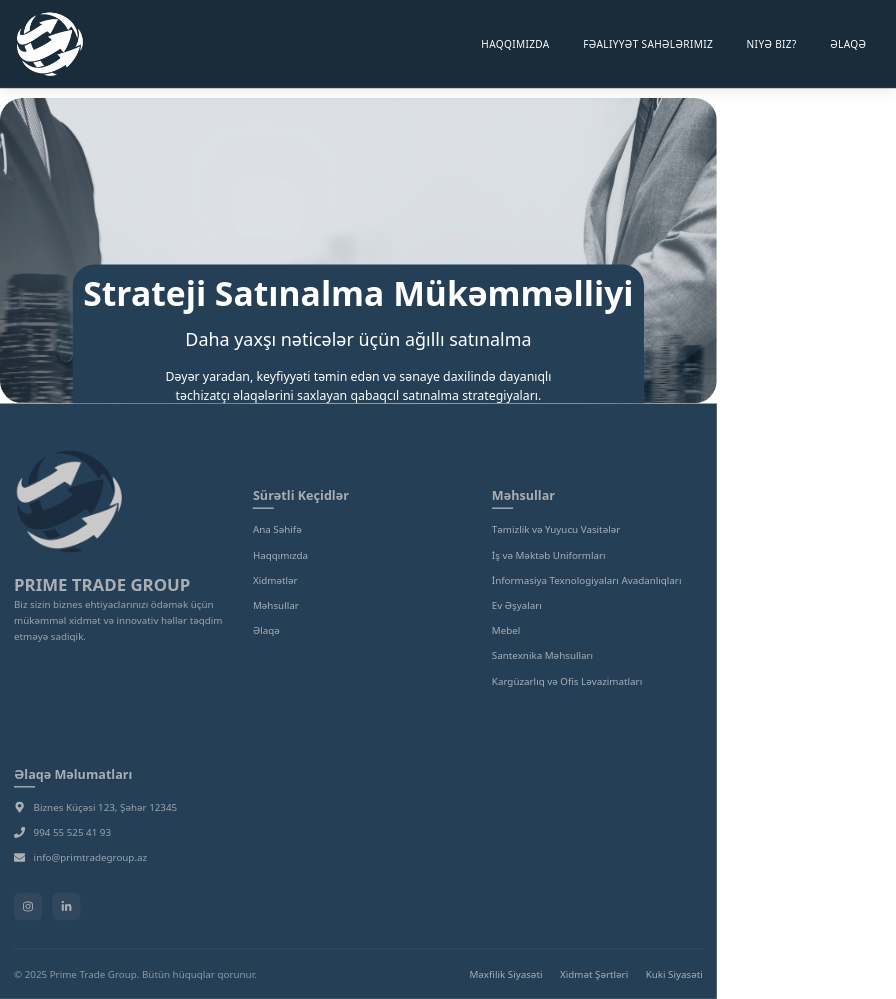
Repository: ferhadsultan98/primetradegroup
Page: /
These files come from the project's save history. The page is drawn as it stood at one moment and after a run of saves; the edit follows.
The browser window is 1280 px wide. The pictures show the part of the page from y = 0 to 1920 px (the page is 1427 px tall before and 5037 px after), at 70% of full size.
The page's requests for data from a server got no answer. The project was rebuilt for these pictures with package versions that can differ from the ones it lists, and the page was loaded fresh each time. No one was signed in, and anything a server would have sent is missing. Also part of the build but not shown: vite.config.js, src/Components/Mainlayout/MainLayout.scss, src/Pages/About/About.scss, src/Components/SectionHeader/SectionHeader.scss, src/Components/BreadCrumb/BreadCrumb.scss, src/Components/BreadCrumb/BreadCrumb.jsx, src/Components/SectionHeader/SectionHeader.jsx, src/Pages/About/About.jsx and 21 more.

Above is the page before, as saved 2025-08-09 15:18:07.

### index.html
<!doctype html>
<html lang="en">
 <head>
  <meta charset="UTF-8" />
  <meta name="viewport" content="width=device-width, initial-scale=1.0" />
  <title>PRIME TRADE GROUP</title>
  <link rel="shortcut icon" href="./public/assets/ptglogo.png" type="image/x-icon" />

  <!-- SEO Keywords: Procurement, Supply Chain, Tender (AZ, EN, RU) -->
  <meta name="keywords" content="
    satınalma, tender, təchizat zənciri, logistika, dövlət satınalmaları, idxal-ixrac, müqavilə idarəetməsi, anbarda idarəetmə,
    procurement, public procurement, supply chain, tenders, logistics, contract management, import-export, sourcing,
    закупки, тендеры, логистика, цепочка поставок, государственные закупки, импорт, контрактное управление
  " />


  <meta name="description" content="PRIME TRADE GROUP — satınalma, tender idarəçiliyi, təchizat və logistika sahəsində peşəkar xidmətlər təklif edən qabaqcıl şirkətdir." />


  <meta name="author" content="PRIME TRADE GROUP" />


  <meta name="robots" content="index, follow" />


  <meta property="og:title" content="PRIME TRADE GROUP" />
  <meta property="og:description" content="Satınalma, tender, təchizat və logistika sahəsində peşəkar həllər." />
  <meta property="og:image" content="https://primetradegroup.az/assets/lightlogo-C0YSJfqf.png" />
  <meta property="og:url" content="https://primetradegroup.com" />
  <meta property="og:type" content="website" />
  <meta property="og:locale" content="az_AZ" />


  <meta name="twitter:card" content="summary_large_image" />
  <meta name="twitter:title" content="PRIME TRADE GROUP" />
  <meta name="twitter:description" content="Tender və satınalma sahəsində güvənli partnyorunuz." />
  <meta name="twitter:image" content="https://example.com/preview-image.png" />
</head>

  <body>
    <div id="root"></div>
    <script type="module" src="/src/main.jsx"></script>
  </body>
</html>

### src/Components/Mainlayout/Mainlayout.jsx
import React from 'react';
import Header from '../Common/Header/Header';
import Footer from '../Common/Footer/Footer';
import './MainLayout.scss'

const MainLayout = ({ children }) => {
  return (
    <div>
      <Header />
     <main className='mainLayout'>{children}</main>
      <Footer />
    </div>
  );
};

export default MainLayout;

### src/Components/ScrollTopBtn/ScrollTopBtn.jsx
import React, { useState, useEffect } from 'react';
import { FaArrowUp } from 'react-icons/fa';
import './ScrollTopBtn.scss';

const ScrollTopBtn = () => {
  const [isVisible, setIsVisible] = useState(false);

  // Show button when page is scrolled down
  useEffect(() => {
    const toggleVisibility = () => {
      if (window.pageYOffset > 300) {
        setIsVisible(true);
      } else {
        setIsVisible(false);
      }
    };

    window.addEventListener('scroll', toggleVisibility);
    return () => window.removeEventListener('scroll', toggleVisibility);
  }, []);

  // Scroll to top smoothly
  const scrollToTop = () => {
    window.scrollTo({
      top: 0,
      behavior: 'smooth',
    });
  };

  return (
    <div className={`scroll-to-top ${isVisible ? 'visible' : ''}`}>
      <button onClick={scrollToTop} aria-label="Scroll to top">
        <FaArrowUp />
      </button>
    </div>
  );
};

export default ScrollTopBtn;

### src/App.css
@import url('https://fonts.googleapis.com/css2?family=Montserrat+Alternates:ital,wght@0,100;0,200;0,300;0,400;0,500;0,600;0,700;0,800;0,900;1,100;1,200;1,300;1,400;1,500;1,600;1,700;1,800;1,900&family=Quicksand:wght@300..700&display=swap');

body {
  /* font-family: 'Montserrat Alternates', 'Quicksand', sans-serif; */
font-family: system-ui, -apple-system, BlinkMacSystemFont, 'Segoe UI', Roboto, Oxygen, Ubuntu, Cantarell, 'Open Sans', 'Helvetica Neue', sans-serif;
  margin: 0;
  padding: 0;
   /* background: linear-gradient(90deg, #253f57 0%, #253f57 100%); */
}
*{
    margin: 0;
    padding: 0;
    box-sizing: border-box;
}
/* body{

      font-family: 'Montserrat Alternates', 'Quicksand', sans-serif;
} */
 /* Webkit tabanlı tarayıcılar (Chrome, Safari, Edge) için */
::-webkit-scrollbar {
    width: 45px; /* Kaydırma çubuğu genişliği */

}

::-webkit-scrollbar-track {
    background: transparent; /* Parça arka planı saydam */
}

::-webkit-scrollbar-thumb {
    background: #1a2b3a; /* Kaydırma çubuğu rengi */
    border-radius: 10px; /* Yuvarlak kenarlar */
}

::-webkit-scrollbar-thumb:hover {
    background: #2c3e50; /* Üzerine gelindiğinde daha açık renk (opsiyonel) */
}

::-webkit-scrollbar-button {
    display: none !important; /* Okları zorla gizler */
    width: 0; /* Genişlik sıfır */
    height: 0; /* Yükseklik sıfır */
}

/* Firefox için */
* {
    scrollbar-width: thin; /* İnce kaydırma çubuğu */
    scrollbar-color: #1a2b3a transparent; /* Kaydırma çubuğu rengi ve saydam arka plan */
}

/* Ekstra güvenlik için tüm elementlerde okları kaldırma */
html, body, div, section, article, aside, main {
    scrollbar-width: thin;
    scrollbar-color: #1a2b3a transparent;
}
button{
    outline: none;
}

### src/Components/ScrollTopBtn/ScrollTopBtn.scss
.scroll-to-top {
  position: fixed;
  bottom: 20px;
  right: 20px;
  opacity: 0;
  visibility: hidden;
  transition: all 0.3s ease-in-out;
  z-index: 1;

  &.visible {
    opacity: 1;
    visibility: visible;
  }

  button {
    background: linear-gradient(135deg, #253f57 0%, #52585a 100%);
    color: white;
    border: none;
    border-radius: 50%;
    width: 50px;
    height: 50px;
    cursor: pointer;
    display: flex;
    align-items: center;
    justify-content: center;
    box-shadow: 0 2px 5px rgba(0, 0, 0, 0.2);
    transition: background-color 0.3s ease, transform 0.3s ease;

    svg {
      font-size: 20px;
    }

    &:hover {
      background-color: white;
      transform: scale(1.1);
    }

    &:focus {
      outline: none;
      box-shadow: 0 0 0 3px rgba(0, 123, 255, 0.3);
    }
  }
}

### src/Pages/Home/HomeSection.scss
.homeSection {
  position: relative;
  overflow: hidden;
  background: #ffffff;
  width: 80vw;
  height: 80vh;
  margin: 0 auto;
  border-radius: 2rem;
  padding: 140px 0;

  .HeroSectioncontentWrapper {
    max-width: 1200px;
    padding: 0 20px;
    margin: 0 auto;
    border-radius: 2rem;
  }

  .sectionTitle {
    font-size: 2.5rem;
    font-weight: 700;
    color: #253f57;
    text-align: center;
    margin: 40px 0 20px;
  }

  .sectionDescription {
    font-size: 1.1rem;
    color: #52585a;
    text-align: center;
    max-width: 600px;
    margin: 0 auto 30px;
  }

  .sliderContainer {
    position: relative;
    width: 100%;
    height: 100vh;
    border-radius: 2rem;

    .slideItem {
      position: absolute;
      top: 0;
      left: 0;
      width: 100%;
      height: 100%;
      opacity: 0;
      transition: opacity 1.2s ease-in-out;
      display: flex;
      align-items: center;
      justify-content: center;

      &.slideActive {
        opacity: 1;
      }

      .slideImage {
        width: 100%;
        height: 100%;
        object-fit: cover;
        position: absolute;
        border-radius: 2rem;
        top: 0;
        left: 0;
        z-index: 1;
      }

      .slideOverlay {
        position: absolute;
        border-radius: 2rem;
        top: 0;
        left: 0;
        width: 100%;
        height: 100%;
        background: rgba(37, 63, 87, 0.15);
        display: flex;
        align-items: center;
        justify-content: center;
        z-index: 2;

        .HeroSectioncontentWrapper {
          .slideContent {
            text-align: center;
            color: #ffffff;
            animation: slideContentFadeIn 1.5s ease-out;
            background: #253f57;
            padding: 15px;
            border-radius: 30px;

            .slideTitle {
              font-size: 3rem;
              font-weight: 700;
              margin: 0 0 20px;
            }

            .slideSubtitle {
              font-size: 1.6rem;
              font-weight: 300;
              margin: 0 0 20px;
            }

            .slideDescription {
              font-size: 1.1rem;
              max-width: 600px;
              margin: 0 auto 30px;
            }
          }
        }
      }
    }
  }

  @keyframes slideContentFadeIn {
    0% {
      opacity: 0;
      transform: translateY(30px);
    }
    100% {
      opacity: 1;
      transform: translateY(0);
    }
  }

  @media screen and (max-width: 768px) {
    .HeroSectioncontentWrapper {
      padding: 0 15px;
    }

    .sectionTitle {
      font-size: 2rem;
    }

    .sectionDescription {
      font-size: 1rem;
    }

    .sliderContainer {
      .slideItem {
        .slideOverlay {
          .HeroSectioncontentWrapper {
            .slideContent {
              .slideTitle {
                font-size: 2.5rem;
              }

              .slideSubtitle {
                font-size: 1.4rem;
              }

              .slideDescription {
                font-size: 1rem;
              }
            }
          }
        }
      }
    }
  }

  @media screen and (max-width: 480px) {
    .sectionTitle {
      font-size: 1.8rem;
    }

    .sectionDescription {
      font-size: 0.9rem;
    }

    .sliderContainer {
      .slideItem {
        .slideOverlay {
          .HeroSectioncontentWrapper {
            .slideContent {
              .slideTitle {
                font-size: 2rem;
              }

              .slideSubtitle {
                font-size: 1.2rem;
              }

              .slideDescription {
                font-size: 0.9rem;
              }
            }
          }
        }
      }
    }
  }

  @media screen and (min-width: 1440px) {
    .HeroSectioncontentWrapper {
      max-width: 1400px;
      padding: 0 40px;
    }

    .sectionTitle {
      font-size: 3rem;
    }

    .sectionDescription {
      font-size: 1.2rem;
    }

    .sliderContainer {
      .slideItem {
        .slideOverlay {
          .HeroSectioncontentWrapper {
            .slideContent {
              .slideTitle {
                font-size: 3.5rem;
              }

              .slideSubtitle {
                font-size: 1.8rem;
              }

              .slideDescription {
                font-size: 1.2rem;
              }
            }
          }
        }
      }
    }
  }
}

### src/Pages/Home/TestimonialSection/TestimonialSection.jsx
import React from 'react';
import './TestimonialSection.scss';

const TestimonialsSection = () => {
  const testimonials = [
    {
      quote: "Keyfiyyət təsadüf deyil, daim ağıllı səylərin nəticəsidir.",
      author: "John Ruskin"
    },
    {
      quote: "Etibar – qazanılması çətin, itirilməsi isə ani olan ən dəyərli kapitaldır.",
      author: "Warren Buffett"
    },
    {
      quote: "Təchizat zənciri işləri çox mürəkkəbdir.",
      author: "Elon Musk"
    }
  ];

  return (
    <section className="testimonialsSection">
      <div className="contentWrapper">
        <h2 className="sectionTitle">Tanınmış Şəxslərin Fikirləri</h2>
        <p className="sectionDescription">Sənaye liderlərindən ilhamverici sitatlar.</p>
        <div className="testimonialsGrid">
          {testimonials.map((testimonial, index) => (
            <div key={index} className="testimonialCard">
              <p className="testimonialQuote">{testimonial.quote}</p>
              <p className="testimonialAuthor">{testimonial.author}</p>
            </div>
          ))}
        </div>
      </div>
    </section>
  );
};

export default TestimonialsSection;

### src/Pages/Home/CTASection/CTASection.jsx
import React from "react";
import "./CTASection.scss";
import { useTranslation } from "react-i18next"
import { Link } from "react-router-dom";

const CTASection = () => {

  const { t } = useTranslation();

  return (
    <div className="ctaSection">
      <div className="ctaContent">
        <div className="ctaTitle">{t("contact.cta.title")}</div>
        <div className="ctaText">{t("contact.cta.text")}</div>
        <div className="ctaButtons">
          <Link to='' className="ctaButtonPrimary">
            {t("contact.cta.buttons.consultation")}
          </Link>
          <Link className="ctaButtonSecondary">
            {t("contact.cta.buttons.quote")}
          </Link>
        </div>
      </div>
    </div>
  );
};

export default CTASection;

### src/Pages/Home/ProcessSection/ProcessSection.jsx
import React from "react";
import "./ProcessSection.scss";

const ProcessSection = () => {
  const processData = {
    title: "Bizim Prosesimiz",
    description: "Sürətli, etibarlı və peşəkar nəticələrə nail olmaq üçün sübut edilmiş yanaşma.",
    steps: {
      demandIdentification: {
        step: "1",
        title: "Tələbatın Müəyyən Olunması",
        description: "Müştərinin ehtiyacları dəqiq öyrənilir və uyğun məhsul/xidmət kateqoriyaları müəyyənləşdirilir. Məsələn, ofis üçün mebel, texnika və ya təmizlik məhsulları."
      },
      productResearch: {
        step: "2",
        title: "Məhsul Araşdırması və Təklif",
        description: "Bazar araşdırması aparılır, uyğun məhsullar seçilir və optimal qiymət təklifi (xüsusiyyətlər, miqdar, qiymət, təhvil müddəti ilə) hazırlanır."
      },
      agreement: {
        step: "3",
        title: "Razılaşma və Müqavilələşmə",
        description: "Təklif qəbul olunduqdan sonra müqavilə bağlanır. Qiymət, çatdırılma, zəmanət və ödəniş şərtləri rəsmi sənədlərlə təsdiqlənir."
      },
      supplyDelivery: {
        step: "4",
        title: "Təchizat və Çatdırılma",
        description: "Məhsullar sifariş edilir və vaxtında, zədəsiz çatdırılır. Azərbaycanın bütün bölgələrinə operativ çatdırılma həyata keçirilir."
      },

      warrantyService: {
        step: "6",
        title: "Zəmanət və Satış Sonrası Xidmət",
        description: "Məhsul və xidmətlərə zəmanət verilir. Problemlər müştəri dəstək komandamız tərəfindən qısa zamanda həll edilir."
      }
    }
  };

  return (
    <div className="processSection">
      <div className="contentWrapper">
        <h2 className="sectionTitle">{processData.title}</h2>
        <p className="sectionDescription">{processData.description}</p>
        <div className="processGrid">
          {Object.keys(processData.steps).map((key, index) => (
            <div key={index} className="processCard">
              <div className="stepNumber">{processData.steps[key].step}</div>
              <h3 className="cardTitle">{processData.steps[key].title}</h3>
              <p className="cardDescription">{processData.steps[key].description}</p>
            </div>
          ))}
        </div>
      </div>
    </div>
  );
};

export default ProcessSection;

### src/Pages/Home/HomeAbout/HomeAbout.jsx
import React from 'react';
import './HomeAbout.scss';
import PTGLogo from '../../../../public/assets/ptglogo.png'

const HomeAbout = () => {
  return (
    <section className="homeAboutSection">
      <div className="homeAboutContainer">
        <div className="homeAboutContent">
          <h2 className="homeAboutTitle">Haqqımızda</h2>
          <p className="homeAboutDescription">
            2025-ci ildən fəaliyyət göstərən PRIME TRADE GROUP MMC müştərilərinə təmizlik
            məhsulları, mebel, məişət və İT avadanlıqları, santexnika və iş geyimləri üzrə
            etibarlı və keyfiyyətli təchizat xidmətləri təqdim edir. Peşəkar komandamızla
            operativ və sərfəli həllər üçün yanınızdayıq.
          </p>
        </div>
        <div className="homeAboutImageWrapper">
          <img src={PTGLogo} alt="PRIME TRADE GROUP" className="homeAboutImage" />
        </div>
      </div>
    </section>
  );
};

export default HomeAbout;

### src/Pages/Home/ProcessSection/ProcessSection.scss
.processSection {
  padding: 60px 0;
  background: #253f57;

  .contentWrapper {
    max-width: 1200px;
    padding: 0 20px;
    margin: 0 auto;
  }

  .sectionTitle {
    font-size: 2.5rem;
    font-weight: 700;
    color: #ffffff;
    text-align: center;
    margin: 40px 0 20px;
  }

  .sectionDescription {
    font-size: 1.1rem;
    color: #747d81;
    text-align: center;
    max-width: 600px;
    margin: 0 auto 30px;
  }

  .processGrid {
    display: grid;
    grid-template-columns: repeat(auto-fit, minmax(220px, 1fr));
    gap: 20px;

    .processCard {
      background: #ffffff;
      padding: 20px;
      border-radius: 10px;
      box-shadow: 0 4px 10px rgba(0, 0, 0, 0.1);
      text-align: center;
      position: relative;
      transition: transform 0.3s ease;

      &:hover {
        transform: translateY(-5px);
      }

      .stepNumber {
        position: absolute;
        top: -20px;
        left: 50%;
        transform: translateX(-50%);
        background: #ffffff;
        color: #253f57;
        width: 40px;
        height: 40px;
        border-radius: 50%;
        display: flex;
        align-items: center;
        justify-content: center;
        font-size: 1.1rem;
        font-weight: 600;
        border: 3px solid #253f57;
      }

      .cardTitle {
        font-size: 1.4rem;
        font-weight: 600;
        color: #253f57;
        margin-bottom: 10px;
      }

      .cardDescription {
        font-size: 0.9rem;
        color: #52585a;
      }
    }
  }

  @media screen and (max-width: 768px) {
    .contentWrapper {
      padding: 0 15px;
    }

    .sectionTitle {
      font-size: 2rem;
    }

    .sectionDescription {
      font-size: 1rem;
    }

    .processSection {
      padding: 40px 0;
    }

    .processGrid .processCard {
      padding: 15px;
    }
  }

  @media screen and (max-width: 480px) {
    .sectionTitle {
      font-size: 1.8rem;
    }

    .sectionDescription {
      font-size: 0.9rem;
    }

    .processGrid .processCard {
      .cardTitle {
        font-size: 1.2rem;
      }

      .cardDescription {
        font-size: 0.85rem;
      }
    }
  }

  @media screen and (min-width: 1440px) {
    .contentWrapper {
      max-width: 1400px;
      padding: 0 40px;
    }

    .sectionTitle {
      font-size: 3rem;
    }

    .sectionDescription {
      font-size: 1.2rem;
    }
  }
}

### src/Pages/Home/HomeAbout/HomeAbout.scss
.homeAboutSection {
  padding: 60px 20px;
  background-color: #f9f9f9;
}

.homeAboutContainer {
  max-width: 1200px;
  margin: 0 auto;
  display: flex;
  flex-direction: row;
  align-items: center;
  gap: 40px;
}

.homeAboutContent {
  flex: 1;
}

.homeAboutTitle {
  font-size: 2.5rem;
  font-weight: 700;
  color: #333;
  margin-bottom: 20px;
}

.homeAboutDescription {
  font-size: 1.1rem;
  line-height: 1.6;
  color: #666;
}

.homeAboutImageWrapper {
  flex: 1;
  display: flex;
  justify-content: center;
  align-items: center;
}

.homeAboutImage {
  width: 100%;
  max-width: 250px; /* Reduced size for desktop */
  height: auto;
  border-radius: 8px;
  object-fit: contain;
}

@media (max-width: 768px) {
  .homeAboutContainer {
    flex-direction: column;
    gap: 20px;
  }

  .homeAboutContent {
    text-align: center;
  }

  .homeAboutTitle {
    font-size: 2rem;
  }

  .homeAboutDescription {
    font-size: 1rem;
  }

  .homeAboutImageWrapper {
    width: 100%;
    max-width: 400px;
  }

  .homeAboutImage {
    max-width: 200px; /* Reduced size for tablets */
  }
}

@media (max-width: 480px) {
  .homeAboutSection {
    padding: 40px 15px;
  }

  .homeAboutTitle {
    font-size: 1.8rem;
  }

  .homeAboutDescription {
    font-size: 0.9rem;
  }

  .homeAboutImageWrapper {
    width: 100%;
  }

  .homeAboutImage {
    max-width: 150px; /* Reduced size for mobile */
  }
}

### src/Pages/Home/FAQSection/FAQSection.scss
.faqContainer {
  line-height: 1.6;
  color: #333;
  background: #253f57;

  .HomeFAQcontainerWrapper {
    margin: 0 auto;
    padding: 60px;
    max-width: 1200px;
  }

  .faqSection {
    .sectionTitle {
      text-align: center;
      font-size: 2.5rem;
      color: #ffffff;
      font-weight: 600;
      margin-bottom: 60px;
    }

    .faqList {
      display: flex;
      flex-direction: column;
      gap: 20px;

      .faqCard {
        background: white;
        padding: 30px;
        border-radius: 12px;
        box-shadow: 0 8px 30px rgba(37, 63, 87, 0.1);
        transition: transform 0.3s ease, box-shadow 0.3s ease;
        border-top: 4px solid #1a2b3a;

        &:hover {
          transform: translateY(-5px);
          box-shadow: 0 15px 40px rgba(37, 63, 87, 0.15);
        }

        .faqHeader {
          display: flex;
          justify-content: space-between;
          align-items: center;
          cursor: pointer;

          .faqQuestion {
            font-size: 1.3rem;
            color: #253f57;
            font-weight: 600;
            margin: 0;
            flex: 1;
          }

          .faqIcon {
            width: 24px;
            height: 24px;
            color: #253f57;
            flex-shrink: 0;
          }
        }

        .faqContent {
          margin-top: 20px;

          .faqAnswer {
            font-size: 1rem;
            color: #666;
            line-height: 1.7;
          }
        }
      }
    }
  }

  @media (max-width: 768px) {
    .HomeFAQcontainerWrapper {
      padding: 30px 15px;
    }

    .faqSection {
      .sectionTitle {
        font-size: 2rem;
      }

      .faqList {
        gap: 15px;

        .faqCard {
          padding: 20px;
        }
      }
    }
  }

  @media (max-width: 480px) {
    .HomeFAQcontainerWrapper {
      padding: 20px 10px;
    }

    .faqSection {
      .sectionTitle {
        font-size: 1.8rem;
        margin-bottom: 40px;
      }

      .faqList {
        .faqCard {
          padding: 15px;

          .faqHeader {
            .faqQuestion {
              font-size: 1.1rem;
            }
          }

          .faqContent {
            .faqAnswer {
              font-size: 0.9rem;
            }
          }
        }
      }
    }
  }
}

Loaded but not shown: src/main.jsx (common file); src/index.css (common file); src/Languages/RU/RU.json (385 lines, source omitted); src/Languages/EN/EN.json (385 lines, source omitted); src/Languages/AZ/AZ.json (361 lines, source omitted); src/Languages/i18n.js (38 lines, source omitted); src/Components/Common/Header/Header.scss (355 lines, source omitted); src/Components/Common/Footer/Footer.scss (331 lines, source omitted); src/Components/Common/Header/Header.jsx (149 lines, source omitted); src/Components/Common/Footer/Footer.jsx (128 lines, source omitted); src/Pages/Home/FAQSection/FAQSection.jsx (83 lines, source omitted); src/Pages/Home/HomeSection.jsx (97 lines, source omitted); src/App.jsx (122 lines, source omitted); src/Pages/Home/CTASection/CTASection.scss (132 lines, source omitted); src/Pages/Home/TestimonialSection/TestimonialSection.scss (173 lines, source omitted)

After the next 3 saves:
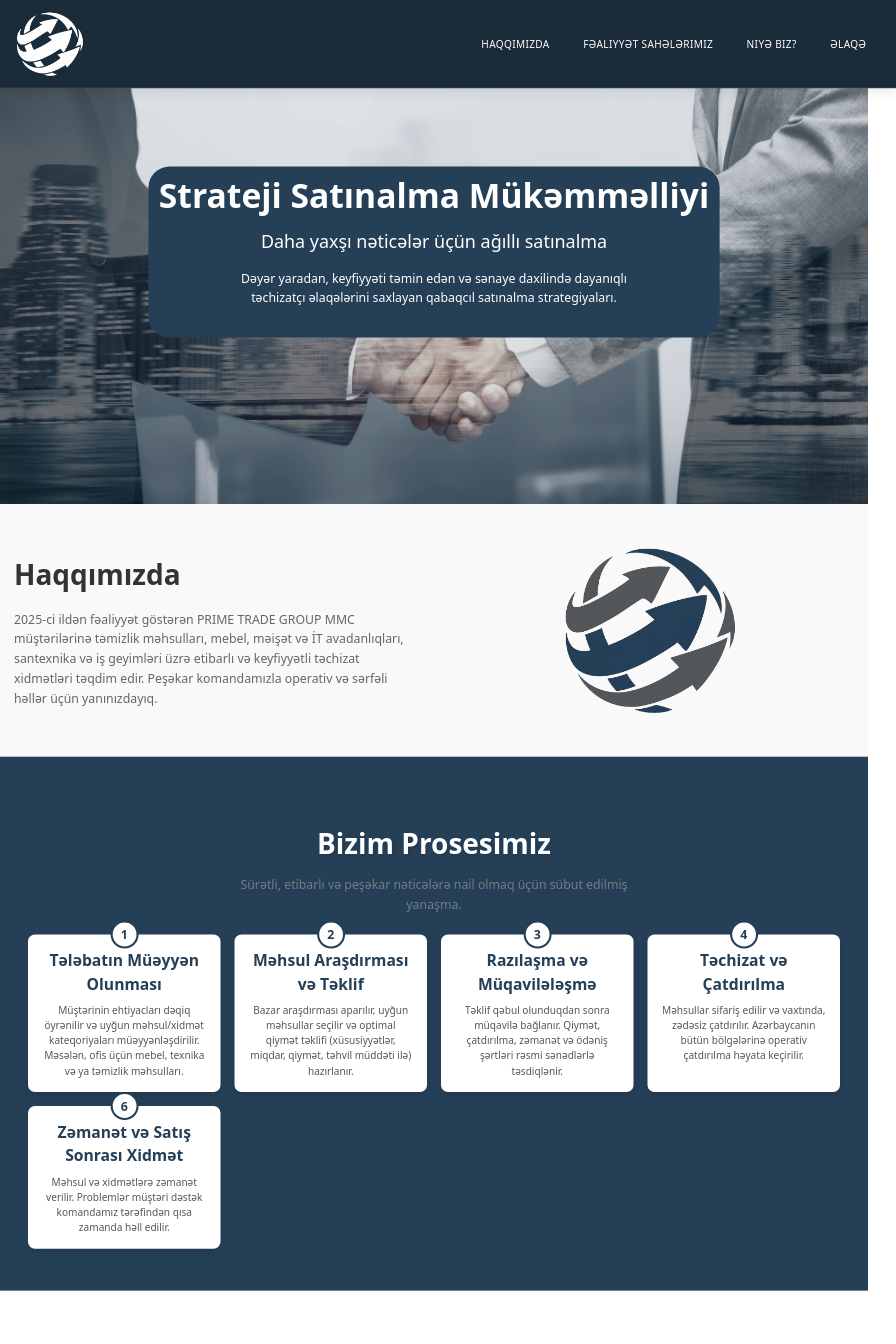
The 3 saves are shown as one change because they came seconds apart.
The last was saved 31 s later.
--- a/src/Pages/Home/HomeSection.scss
+++ b/src/Pages/Home/HomeSection.scss
@@ -1,18 +1,13 @@
 .homeSection {
   position: relative;
+  width: 100%;
   overflow: hidden;
   background: #ffffff;
-  width: 80vw;
-  height: 80vh;
-  margin: 0 auto;
-  border-radius: 2rem;
-  padding: 140px 0;
 
   .HeroSectioncontentWrapper {
     max-width: 1200px;
     padding: 0 20px;
     margin: 0 auto;
-    border-radius: 2rem;
   }
 
   .sectionTitle {
@@ -35,7 +30,6 @@
     position: relative;
     width: 100%;
     height: 100vh;
-    border-radius: 2rem;
 
     .slideItem {
       position: absolute;
@@ -58,7 +52,6 @@
         height: 100%;
         object-fit: cover;
         position: absolute;
-        border-radius: 2rem;
         top: 0;
         left: 0;
         z-index: 1;
@@ -66,7 +59,6 @@
 
       .slideOverlay {
         position: absolute;
-        border-radius: 2rem;
         top: 0;
         left: 0;
         width: 100%;
@@ -86,6 +78,7 @@
             padding: 15px;
             border-radius: 30px;
 
+
             .slideTitle {
               font-size: 3rem;
               font-weight: 700;
